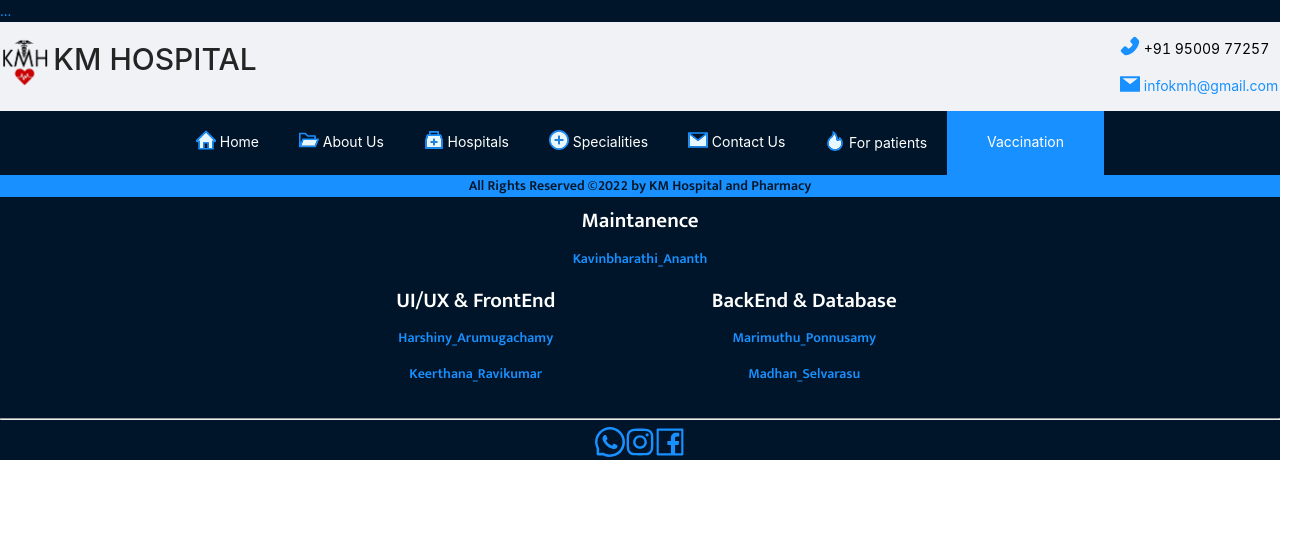
Repository: marimuthu1001/KHM-hospital
Page: /aboutus (app in km-hospital/)
An editor plug-in stored every save of this project. The page is shown before and after the next save, followed by the edit.
The browser window is 1280 px wide. The page is 1297 px wide, so the pictures cover 1297 px, including what lies to the right of the window. The pictures show the whole page.
The project was rebuilt for these pictures with package versions that can differ from the ones it lists, and the page was loaded fresh each time. Also part of the build but not shown: km-hospital/src/Styles/ContactUs.module.css, km-hospital/src/Pages/ContactUs.jsx, km-hospital/src/Styles/Specialities.module.css, km-hospital/src/Pages/Specialities.jsx, km-hospital/src/firebase.js, km-hospital/src/Pages/Feedback.jsx.

Above is the page before, as saved 2022-01-25 12:34:39.

After the next save:
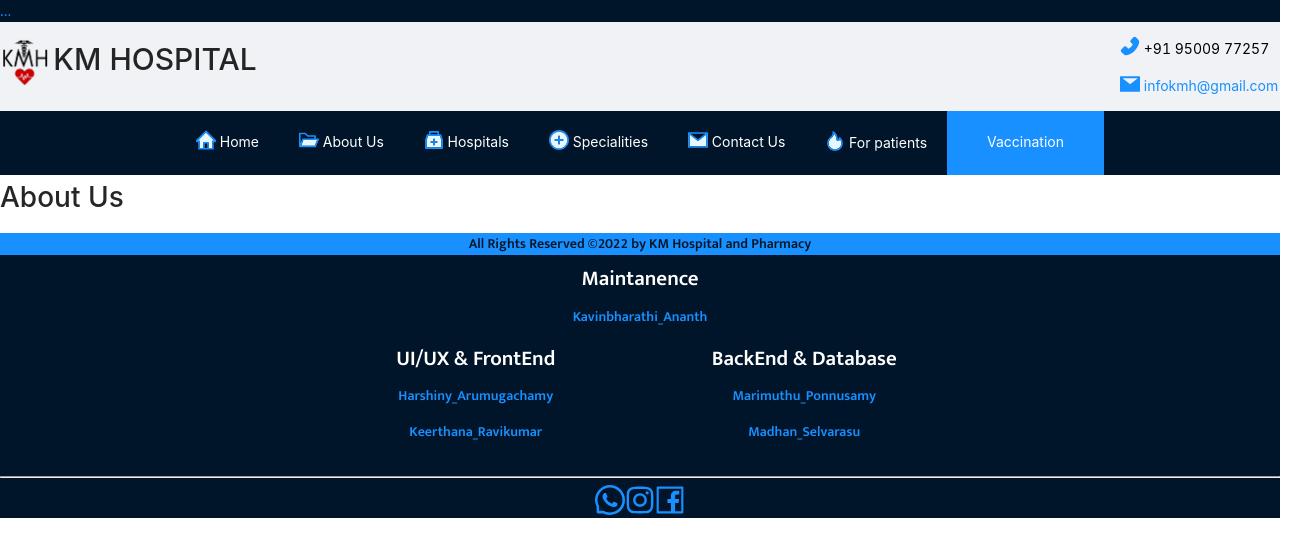
Saved 10 s later.
--- a/km-hospital/src/Pages/AboutUS.jsx
+++ b/km-hospital/src/Pages/AboutUS.jsx
@@ -11,7 +11,9 @@ function AboutUS() {
                     </Helmet>
              </HelmetProvider>
 
-
+             <div >
+                <h1>About Us</h1>
+            </div>
 
         </div>
     )
